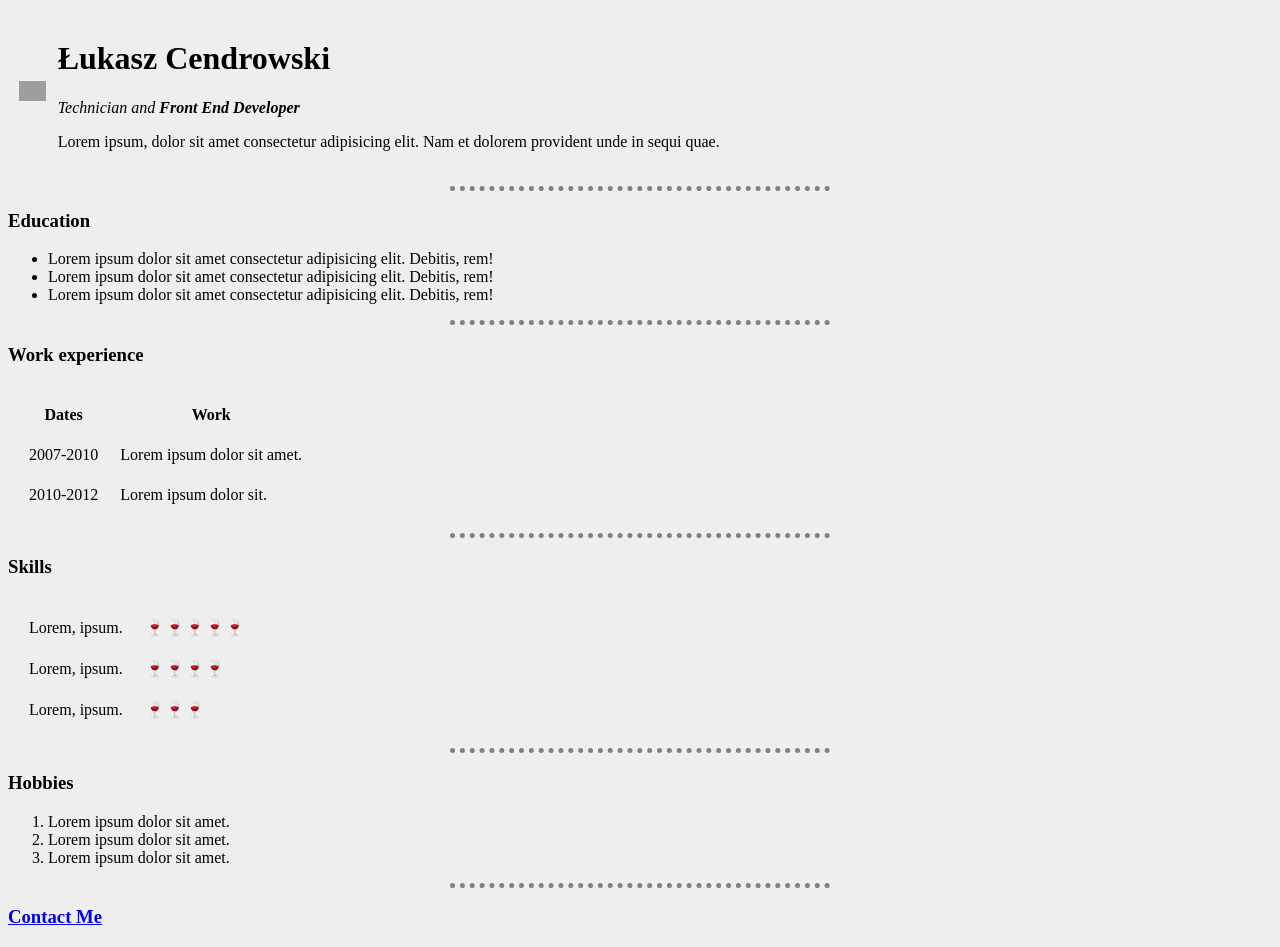
Repository: Isanderr/simple_landing_page-1
Page: index.html
The author's editor kept a copy of each file at every save. The page is drawn from the files as they stood at one save, then again after the next save.
The browser window is 1280 px wide. The pictures show the whole page.
Pictures or frames that could not be fetched are drawn as grey boxes.

Above is the page before, as saved 2019-01-29 11:44:32.

After the next save:
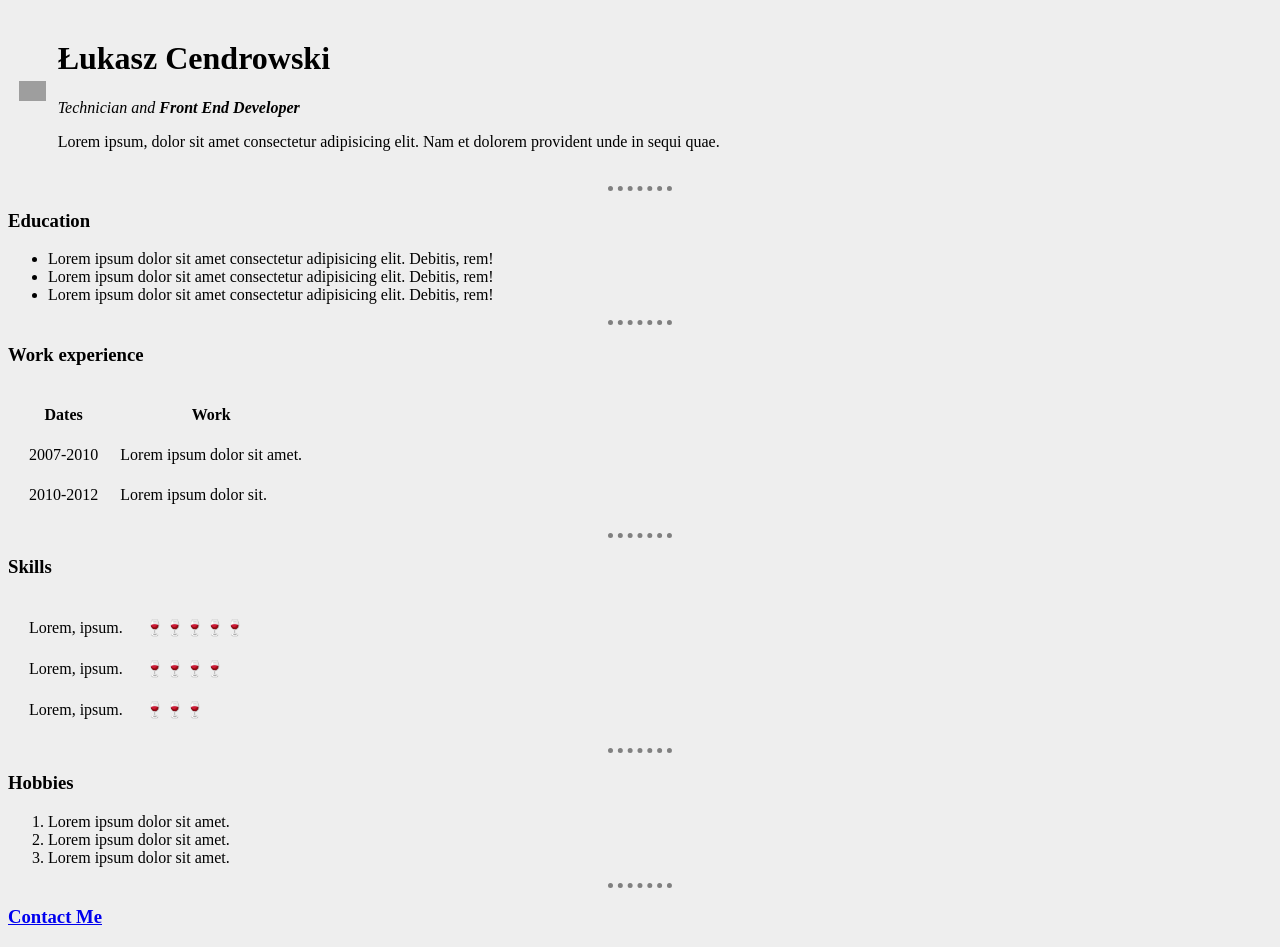
Saved 15 s later.
--- a/index.html
+++ b/index.html
@@ -14,7 +14,7 @@
             hr {
                 border-style: none;
                 border-top-style: dotted;
-                width: 30%;
+                width: 5%;
                 border-color: grey;
                 border-width: 5px;
             }
